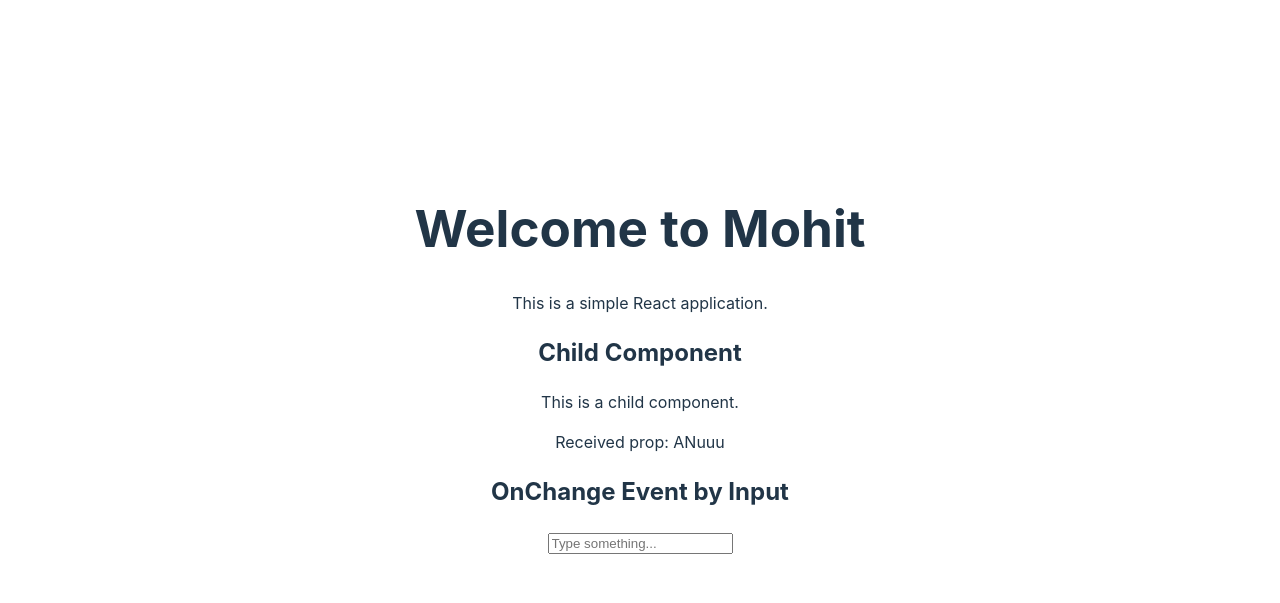
Repository: Mohitkumar1322/ReactTut
Page: / (app in MohitDecode/)
An editor plug-in stored every save of this project. The page is shown before and after a run of saves, followed by the edit.
The browser window is 1280 px wide. The pictures show the whole page.
The project was rebuilt for these pictures with package versions that can differ from the ones it lists, and the page was loaded fresh each time. Also part of the build but not shown: MohitDecode/vite.config.js.

Above is the page before, as saved 2025-08-01 13:30:02.

### MohitDecode/src/App.jsx

import './App.css'
import OnchangeEventByInput from './OnchangeEventByInput'
import ChildrenComponent from './ChildComponent'



function App() {
  // let user={
  //   name: "Mohit",
  //   age: 20,
  //   email: "mohit@example.com"
  // }

  // function add(x,y){
  //   return x+y;
  // }

  return (
    <>
      {/* <h1>User Information</h1>
      <p>Name: {user.name}</p>
      <p>Age: {user.age}</p>
      <p>Email: {user.email}</p>
      <p>Sum of 5 and 10 is: {add(5, 10)}</p> */}

        <div >
        <h1>Welcome to Mohit</h1>
        <p>This is a simple React application.</p>

        <ChildrenComponent name="ANuuu" />
        {/* this is props {name} */}

        <OnchangeEventByInput />
        {/* This is a component that handles input change events */}
      </div>

    </>
  )
}

export default App

### MohitDecode/src/OnchangeEventByInput.jsx
import { useState } from 'react';

function OnchangeEventByInput() {
    const [name, setName] = useState('')
    return(

        <div>
            <h2>OnChange Event by Input </h2>
            <input type ="text" value={name} onChange={(e) => setName(e.target.value)} placeholder="Type something..." />
        </div>
    )
}


export default OnchangeEventByInput;

### MohitDecode/src/ChildComponent.jsx
const ChildrenComponent = (props) => {
  console.log("Props received in ChildComponent:", props);
  return (
    <div>
      <h2>Child Component</h2>
      <p>This is a child component.</p>

      {/* this is props {props.name} and coming from App.jsx where name is passed as "ANuuu" */}
      <p>Received prop: {props.name}</p>
    </div>
  );
}



export default ChildrenComponent;

Loaded but not shown: MohitDecode/index.html (common file); MohitDecode/src/main.jsx (common file); MohitDecode/src/index.css (common file); MohitDecode/src/App.css (common file)

After the next 2 saves:
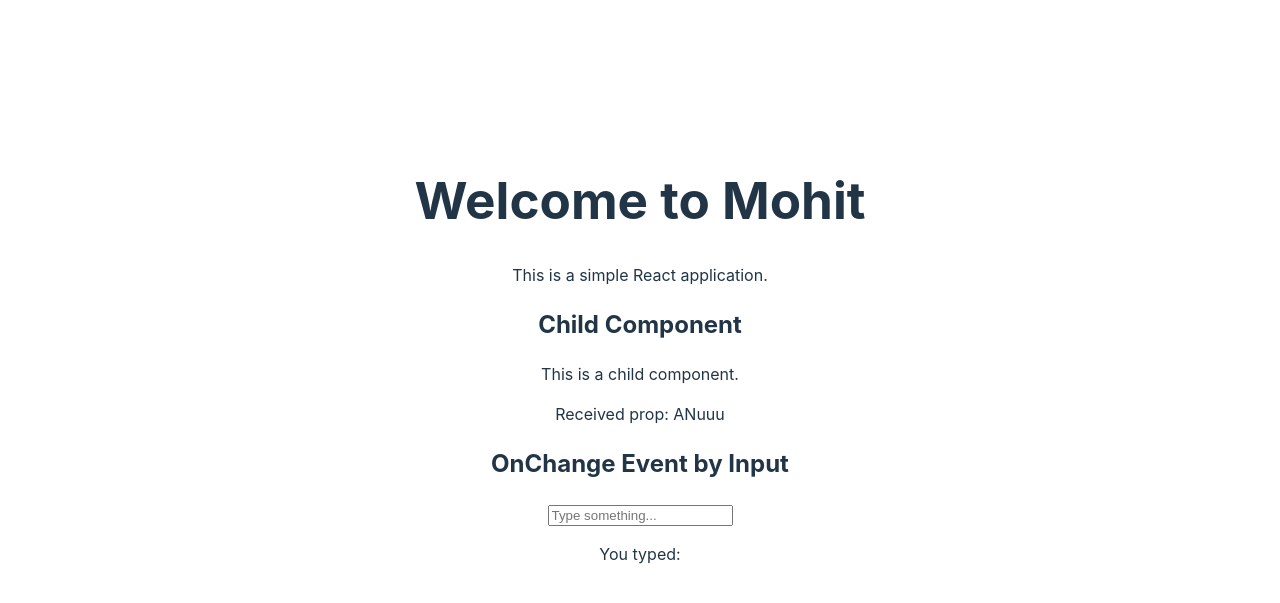
The 2 saves are shown as one change because they came seconds apart.
The last was saved 25 s later.
--- a/MohitDecode/src/OnchangeEventByInput.jsx
+++ b/MohitDecode/src/OnchangeEventByInput.jsx
@@ -7,6 +7,8 @@ function OnchangeEventByInput() {
         <div>
             <h2>OnChange Event by Input </h2>
             <input type ="text" value={name} onChange={(e) => setName(e.target.value)} placeholder="Type something..." />
+
+            <p>You typed: {name}</p>
         </div>
     )
 }
